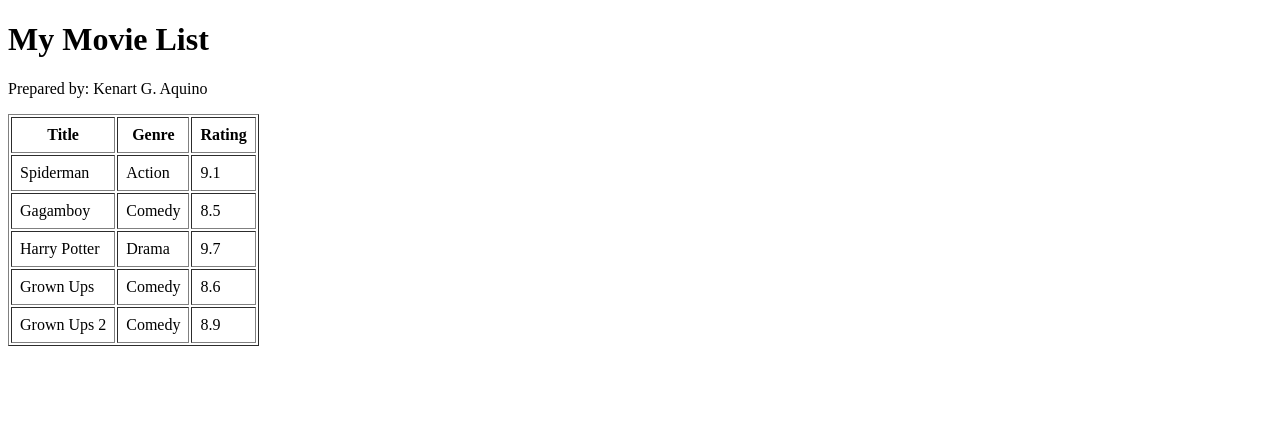
Repository: aquinokenart-dev/itrackb4-la3-Aquino-Kenart
Page: http://localhost/movies
The author's editor kept a copy of each file at every save. The page is drawn from the files as they stood at one save, then again after the next save.
The browser window is 1280 px wide. The pictures show the whole page.
The page is served by the project's Laravel application, run on PHP 8.4 with Laravel 12.

Above is the page before, as saved 2026-08-24 15:27:45.

After the next save:
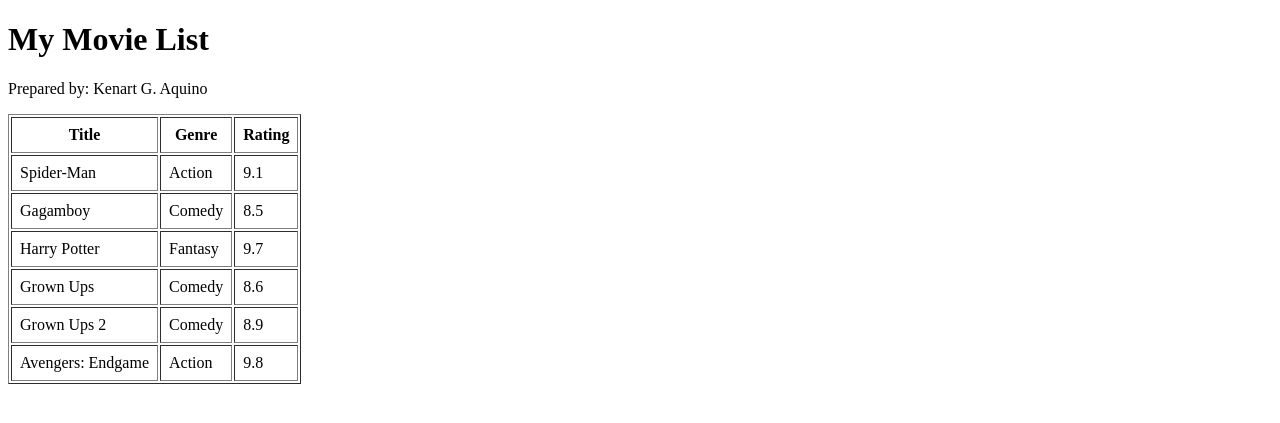
Saved 9 days later.
--- a/app/Http/Controllers/MovieController.php
+++ b/app/Http/Controllers/MovieController.php
@@ -3,20 +3,45 @@
 namespace App\Http\Controllers;
 
 use Illuminate\Http\Request;
+use Illuminate\View\View;
 
 class MovieController extends Controller
 {
-    //
-     public function index()
-{
-    $movies = [
-        ['title' => 'Spiderman', 'genre' => 'Action', 'rating' => 9.1],
-        ['title' => 'Gagamboy', 'genre' => 'Comedy', 'rating' => 8.5],
-        ['title' => 'Harry Potter', 'genre' => 'Drama', 'rating' => 9.7],
-        ['title' => 'Grown Ups', 'genre' => 'Comedy', 'rating' => 8.6],
-        ['title' => 'Grown Ups 2', 'genre' => 'Comedy', 'rating' => 8.9],
-    ];
+    public function index()
+    {
+        return view('movies.index', ['movies' => $this->movies()]);
+    }
 
-    return view('movies.index', ['movies' => $movies]);
+    public function show($id){
+        $movies = $this->movies();
+        if (!isset($movies[$id])) {
+            abort(404);
+        }
+
+        return view('movies.show', ['movie' => $movies[$id]]);
+    }
+
+    public function filter($genre = null){
+        $movies = $this->movies();
+        if ($genre) {
+            $movies = array_filter($movies, function ($movie) use ($genre) {
+                return strtolower($movie['genre']) === strtolower($genre);
+            });
+        }
+
+        return view('movies.filter', ['movies' => $movies,'activeGenre' => $genre]);
+    }
+
+    private function movies()
+    {
+        return [
+            1 => ['id' => 1,'title' => 'Spider-Man','price' => 250,'genre' => 'Action','rating' => 9.1,'year' => 2002],
+            2 => ['id' => 2,'title' => 'Gagamboy','price' => 200,'genre' => 'Comedy','rating' => 8.5,'year' => 2004],
+            3 => ['id' => 3,'title' => 'Harry Potter','price' => 300,'genre' => 'Fantasy','rating' => 9.7,'year' => 2001],
+            4 => ['id' => 4,'title' => 'Grown Ups','price' => 250,'genre' => 'Comedy','rating' => 8.6,'year' => 2010],
+            5 => ['id' => 5,'title' => 'Grown Ups 2','price' => 250,'genre' => 'Comedy','rating' => 8.9,'year' => 2013],
+            6 => ['id' => 6,'title' => 'Avengers: Endgame','price' => 350,'genre' => 'Action','rating' => 9.8,'year' => 2019],
+
+        ];
+    }
 }
-}
